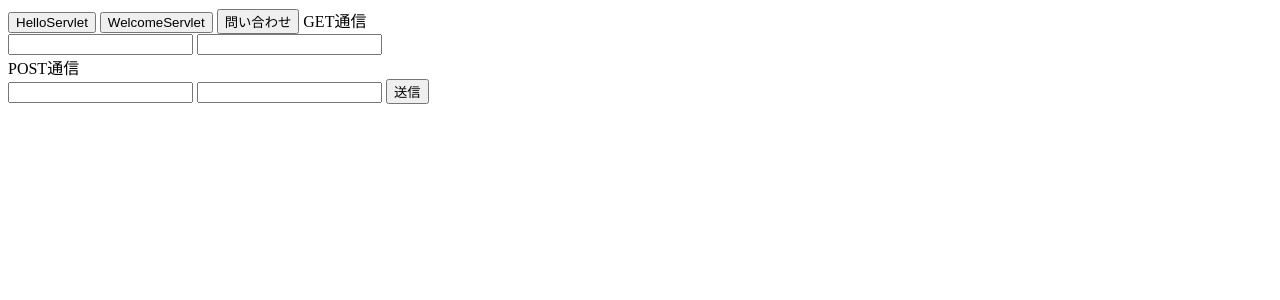
Repository: tatsuya-0/test
Page: http://localhost/HelloServlet/
The author's editor kept a copy of each file at every save. The page is drawn from the files as they stood at one save, then again after the next save.
The browser window is 1280 px wide. The pictures show the whole page.
The page is served by Tomcat 9.

Above is the page before, as saved 2018-03-02 01:05:30.

After the next save:
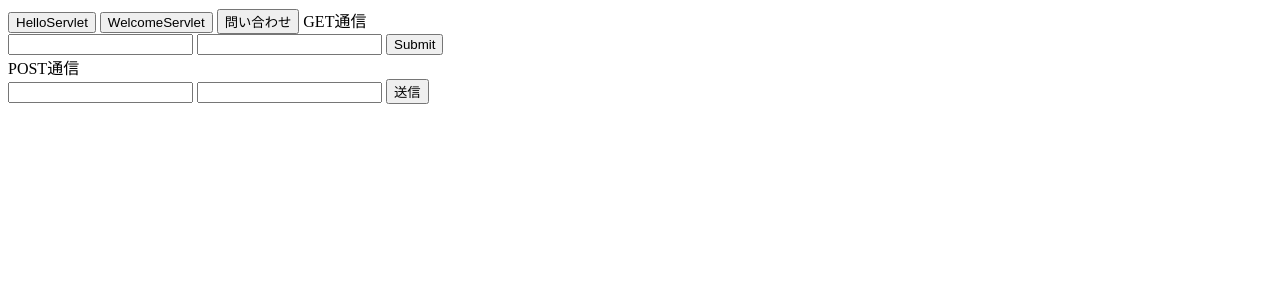
Saved 5 min 27 s later.
--- a/HelloServlet/WebContent/index.jsp
+++ b/HelloServlet/WebContent/index.jsp
@@ -14,6 +14,7 @@ GET通信
 <form method="get" action="TestServlet">
 <input type="text" name="username">
 <input type="password"name="password">
+<input type="submit" name="送信">
 </form>
 POST通信
 <form method="post" action="TestServlet">
